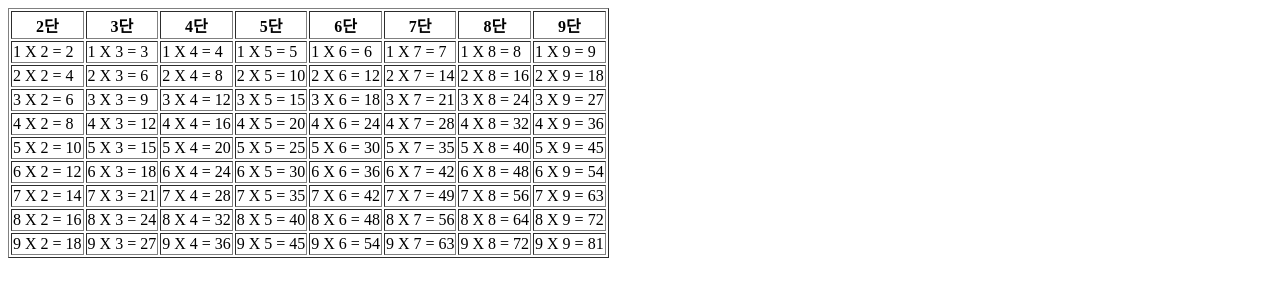
Repository: kkw3202/Jsp2026
Page: http://localhost/chapter01/example_gugudan.jsp
These files come from the project's save history. The page is drawn as it stood at one moment and after a run of saves; the edit follows.
The browser window is 1280 px wide. The pictures show the whole page.
The page is served by Tomcat 9.

Above is the page before, as saved 2026-10-16 04:05:36.

After the next 2 saves:
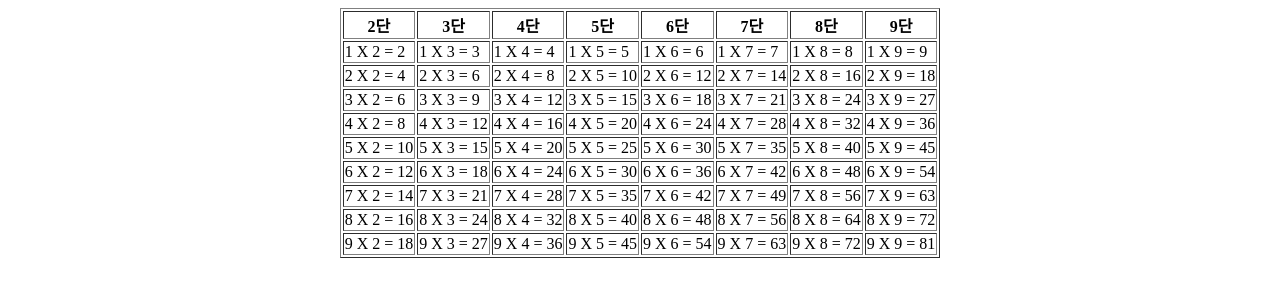
The 2 saves are shown as one change because they came seconds apart.
The last was saved 56 s later.
--- a/chapter01/src/main/webapp/example_gugudan.jsp
+++ b/chapter01/src/main/webapp/example_gugudan.jsp
@@ -5,6 +5,11 @@
 <head>
 <meta charset="UTF-8">
 <title>Insert title here</title>
+<style type="text/css">
+		table{
+			margin: 0 auto;
+		}
+</style>
 </head>
 <body>
 	<table border="1px">
